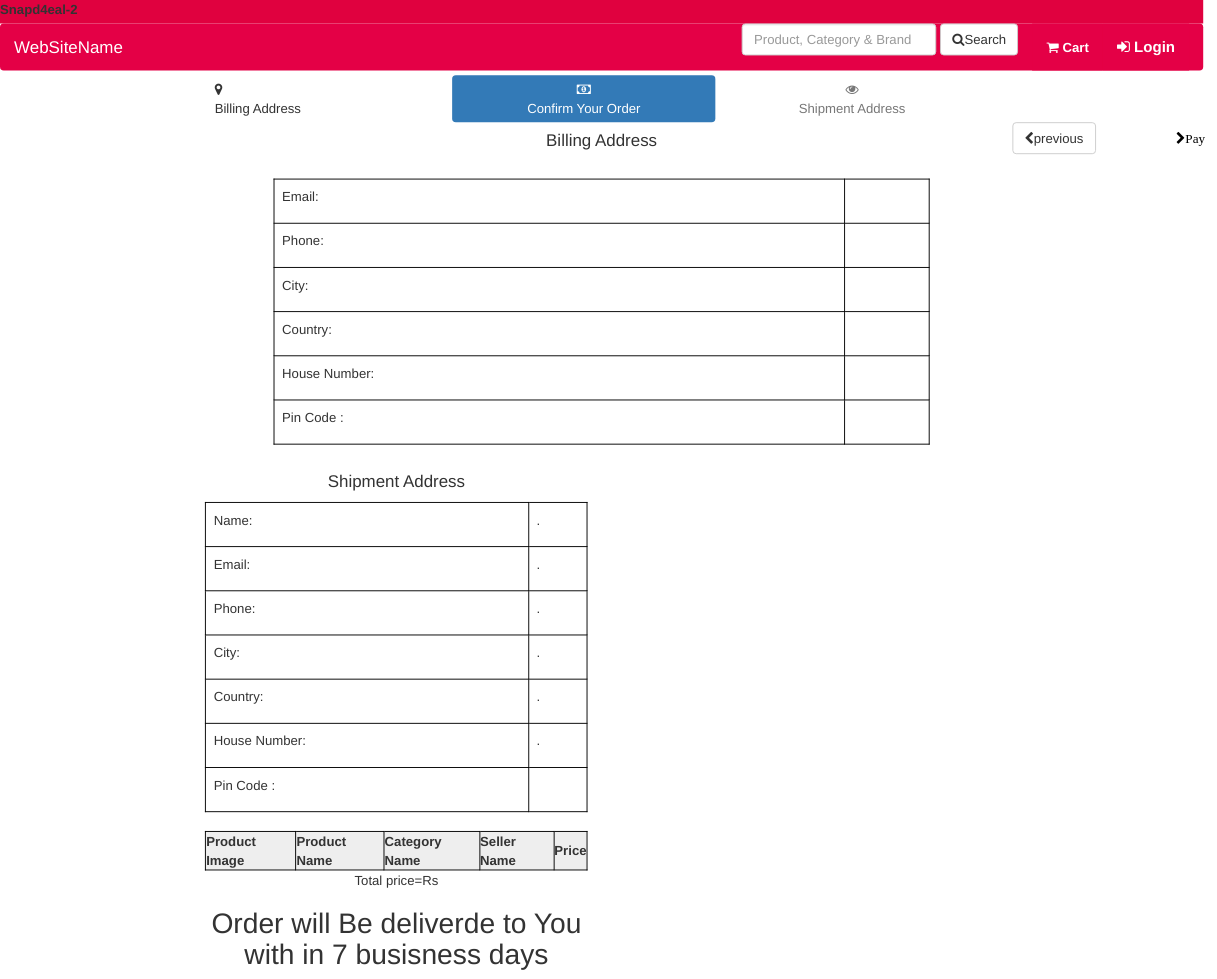
Repository: Aryans26/project
Page: http://localhost/frontend/WEB-INF/views/orderconfirm.jsp
The author's editor kept a copy of each file at every save. The page is drawn from the files as they stood at one save, then again after the next save.
The browser window is 1280 px wide. The page is 1295 px wide, so the pictures cover 1295 px, including what lies to the right of the window. The pictures show the whole page, at 94% of full size.
Some web libraries are served in a nearby version. The page is served by Tomcat 9. Nobody is signed in. Other server files are loaded and not shown. The template is opened directly, without the code that normally fills it, so the values that code supplies are empty.

Above is the page before, as saved 2017-06-21 07:27:25.

### frontend/src/main/webapp/WEB-INF/views/orderconfirm.jsp
<%@ taglib prefix="c" uri="http://www.springframework.org/tags"%>
<%@ taglib prefix="form" uri="http://www.springframework.org/tags/form"%>
<!doctype html>
<html>
<head>
<c:url value="/resource" var="res" />

<!-- <link rel="stylesheet" ref="https://maxcdn.bootstrapcdn.com/bootstrap/3.3.7/css/bootstrap.min.css"> -->
<script
	src="https://ajax.googleapis.com/ajax/libs/jquery/3.2.1/jquery.min.js"></script>
<script
	src="https://maxcdn.bootstrapcdn.com/bootstrap/3.3.7/js/bootstrap.min.js"></script>
<link rel="stylesheet" href="${res}/css/bootstrap.min.css" />
<link rel="stylesheet" href="${res}/css/style.css" />
<link rel="stylesheet" href="${res}/css/font-awesome/css/font-awesome.min.css" />

</head>
<body>
	<%@include file="navbar.jsp"%>

<div class="Container">
<div class="row col-md-10 col-lg-8 col-lg-offset-2">
       <form method="post" action="shop-checkout4.html">
                                <ul class="nav nav-pills nav-justified">
                                    <li class="disabled"><a href="<c:url value="/previous"/>"></a><i class="fa fa-map-marker"></i><br>Billing Address</a></li>
                                    <li class="active"><a href="<c:url value="/pay"/>"><i class="fa fa-money"></i><br>Confirm Your Order</a></li>
                                    <li class="disabled"><a href="<c:url value="/orderconfirmation"/>"><i class="fa fa-eye"></i><br>Shipment Address</a></li>
                                </ul>
</form>
</div>
</div>



            <div class="row">
            <div class="span15">

                <div class="col-lg-8 col-lg-offset-2">
<center>
                <div class="row">
                    <div class="col-md-1"></div>
                    <div class="col-md-10 clearfix" id="checkout">

<!--                         <div class="box"> -->

<!--                                 <div class="container"> -->
<!--                                    <div class="row"> -->

<!--                                             <div class="box payment-method"> -->
											<center>
                                                <h4>Billing Address</h4>
                                                <table class="table" style="border: 1px solid black; border-collapse: collapse;">

		                                     <tr style="border: 1px solid black; border-collapse: collapse;"><td style="border: 1px solid black; border-collapse: collapse;">   <p>Email: </p></td>
		                                     <td style="border: 1px solid black; border-collapse: collapse;">   <p>${billing.getEmail() } </p></td></tr>
                                             <tr style="border: 1px solid black; border-collapse: collapse;padding: 15px">  <td style="border: 1px solid black; border-collapse: collapse;"> <p>Phone: </p></td>
                                             <td style="border: 1px solid black; border-collapse: collapse;"> <p>${billing.getPhone()} </p></td></tr>
                                              <tr style="border: 1px solid black; border-collapse: collapse;"> <td style="border: 1px solid black; border-collapse: collapse;"> <p>City: </p></td>
                                              <td style="border: 1px solid black; border-collapse: collapse;"> <p>${billing.getCity()} </p></td></tr>
                                                <tr style="border: 1px solid black; border-collapse: collapse;"><td style="border: 1px solid black; border-collapse: collapse;"><p>Country: </p></td>
                                                <td style="border: 1px solid black; border-collapse: collapse;"><p>${billing.getCountry()} </p></td></tr>
                                               <tr style="border: 1px solid black; border-collapse: collapse;"><td style="border: 1px solid black; border-collapse: collapse;"> <p>House Number: </p></td>
                                               <td style="border: 1px solid black; border-collapse: collapse;"> <p>${billing.getHouse_no()} </p></td></tr>
                                                <tr style="border: 1px solid black; border-collapse: collapse;"><td style="border: 1px solid black; border-collapse: collapse;"><p>Pin Code :</p></td>
                                                <td style="border: 1px solid black; border-collapse: collapse;"><p>${billing.getPincode()}</p></td></tr>
                                                 <br></center>
                                           </table>
                                        </div>
                                        <div class="col-sm-6">
<!--                                             <div class="box payment-method"> -->
											<center>
                                                <h4>Shipment Address</h4>
                                               <table class="table" style="border: 1px solid black; border-collapse: collapse;">
                                               <tr style="border: 1px solid black; border-collapse: collapse;"><td style="border: 1px solid black; border-collapse: collapse;">Name:</td> <td style="border: 1px solid black; border-collapse: collapse;"><p>${shippingAddress.getShip_name()}  .</p></td></tr>
                                                <tr style="border: 1px solid black; border-collapse: collapse;"><td style="border: 1px solid black; border-collapse: collapse;"><p>Email:</td><td style="border: 1px solid black; border-collapse: collapse;">${shippingAddress.getShip_email()} .</p></td></tr>
                                               <tr style="border: 1px solid black; border-collapse: collapse;"><td style="border: 1px solid black; border-collapse: collapse;"> <p>Phone:</td><td style="border: 1px solid black; border-collapse: collapse;">${shippingAddress.getShip_mono()} .</p></td></tr>
                                                <tr style="border: 1px solid black; border-collapse: collapse;"><td style="border: 1px solid black; border-collapse: collapse;"><p>City:</td><td style="border: 1px solid black; border-collapse: collapse;">${shippingAddress.getShip_city()} .</p></td></tr>
                                               <tr style="border: 1px solid black; border-collapse: collapse;"><td style="border: 1px solid black; border-collapse: collapse;"> <p>Country:</td><td style="border: 1px solid black; border-collapse: collapse;">${shippingAddress.getShip_country()} .</p></td></tr>
                                               <tr style="border: 1px solid black; border-collapse: collapse;"><td style="border: 1px solid black; border-collapse: collapse;"> <p>House Number:</td><td style="border: 1px solid black; border-collapse: collapse;">${shippingAddress.getShip_houseno()} .</p></td></tr>
                                                <tr style="border: 1px solid black; border-collapse: collapse;"><td style="border: 1px solid black; border-collapse: collapse;"><p>Pin Code :</td><td style="border: 1px solid black; border-collapse: collapse;">${shippingAddress.getShip_pincode()}</p></td></tr>


                                            </div>
                                        </div>
</center>

                                        </div>
                                    </div>

                                    <!-- /.row -->
									<div class="content">
									<div class="row">
									<div class="col-lg-8 col-lg-offset-2">
									<table style="border: 1px solid black" >
    <thead style="border: 1px solid black">
      <tr style="background-color: #eee">
      <th style="border: 1px solid black">Product Image</th>
        <th style="border: 1px solid black">Product Name</th>
<!--         <th>Description</th> -->
        <th style="border: 1px solid black">Category Name</th>
        <th style="border: 1px solid black">Seller Name</th>
        <th style="border: 1px solid black">Price</th>
      </tr>
    </thead>
    <tbody>

    <c1:if test="${prot!=null}">
      <tr>
        <td style="border: 1px solid black"><img src="<c:url value='/resource/images/${prot.getP_id()}.jpg'/>" width=150px height=200px></td>
        <td style="border: 1px solid black">${prot.getP_Name()}</td>
<%--         <td>${product.getDes()}</td> --%>
        <td style="border: 1px solid black">${prot.getCategory().getCat_name()}</td>
        <td style="border: 1px solid black">${prot.getSeller().getName()}</td>
        <td style="border: 1px solid black">${prot.getPrice()}</td>
      </tr>
      </c1:if>
    <c1:if test="${prot==null}">
     <c1:forEach items="${cartItems}" var="c1">
      <tr>
        <td style="border: 1px solid black"><img src=""></td>
        <td style="border: 1px solid black">${c1.getProduct().getP_Name()}</td>
<%--         <td>${c1.getproduct.getDes()}</td> --%>
        <td style="border: 1px solid black">${c1.getProduct().getCategory().getCat_name()}</td>
        <td style="border: 1px solid black">${c1.getProduct().getSeller().getName()}</td>
        <td style="border: 1px solid black">${c1.getProduct().getPrice()}</td>
      </tr>
      </c1:forEach>
      </c1:if>


  </tbody>
 </table>
     <p calss="pull-left">Total price=Rs${prot.getPrice()}</p>
			<h2> Order will Be deliverde to You with in 7 busisness days</h2>
			</div>
									</div>
									</div>
                                <div class="box-footer">
                                         <div class="pull-left">
                                        <a href="<c:url value="/previous"/>" class="btn btn-default"><i class="fa fa-chevron-left"></i>previous</a>
                                        </div>
                                         <div class="pull-right">
                                        <a href="<c:url value="/pay"/>"  class="btn btn-template-main"><i class="fa fa-chevron-right">Pay</i></a>
                                        </button>
                                        </div>
                                     </div>
                                </div>
                                <!-- /.content -->



    </div>





</body>

</html>

### frontend/src/main/webapp/WEB-INF/views/navbar.jsp
<%@ taglib prefix="c" uri="http://www.springframework.org/tags"%>
<%@ taglib prefix="form" uri="http://www.springframework.org/tags/form"%>
<%@ taglib prefix="security" uri="http://www.springframework.org/security/tags" %>
<%@ taglib prefix="c1" uri="http://java.sun.com/jsp/jstl/core"%>
<!DOCTYPE html >
<html>
<head>
<meta http-equiv="Content-Type" content="text/html; charset=ISO-8859-1">
<title>Insert title here</title>
</head>
<body>
	<div class="headder">
		<b>Snapd4eal-2</b>
	</div>

	<nav class="navbar navbar-default" style="color: white;">
		<div class="container-fluid">
			<div class="navbar-header">
				<button type="button" class="navbar-toggle" data-toggle="collapse" data-target="#myNavbar">
					<span class="icon-bar"></span> <span class="icon-bar"></span>
					<span class="icon-bar"></span>
				</button>
				<a class="navbar-brand" href="<c:url value="/"/>"
					style="color: white;">WebSiteName</a>
				<form class="navbar-form navbar-right visible-sm visible-xs">
					<div class="form-group">
						<input type="text" class="form-control"
							placeholder="Product, Category & Brand">
					</div>
					<button type="submit" class="btn btn-default">
						<i class="fa fa-search"></i>Search
					</button>

				</form>
			</div>
			<div class="collapse navbar-collapse" id="myNavbar">
			<c1:if test="${pageContext.request.userPrincipal.name!=null}">
			<security:authorize access="hasRole('ROLE_ADMIN')">
				<ul class="nav navbar-nav">
					<li style="color: white;"><a
						href="<c:url value="/category"/>">Add Category</a></li>
					<li style="color: white;"><a
						href="<c:url value="/addproduct"/>">Add Product</a></li>
					<li style="color: white;"><a
						href="<c:url value="/supplier"/>">Add Supplier</a></li>
<!-- 					<li style="color: white;"><a -->
<%-- 						href="<c:url value="/addcard"/>">Add Card</a></li> --%>

				</ul>
				</security:authorize>
				</c1:if>
				<ul class="nav navbar-nav navbar-right">
					<li><a href="<c:url value="/viewcart"/>"><i class="fa fa-shopping-cart"></i>
							Cart</a></li>

					<li class="dropdown"><a href="#" class="dropbtn"><span
							class="fa fa-sign-in"></span>
							<c1:if test="${pageContext.request.userPrincipal.name==null}"> Login </c1:if>
							 <c1:if test="${pageContext.request.userPrincipal.name!=null}">  Logout</c1:if></a>

						<div class="dropdown-content">
							<a href="#">your account</a>
							<a href="#">your orders</a>
							<c1:if test="${pageContext.request.userPrincipal.name==null}">

							<a href="<c:url value="/users"/>" class="hvr-reg-bordertop" > new user ?<br>
							<b>register</b></a>
<%-- <a href="<c:url value="/login"/>"><button type="button" class="btn btn-danger" style="width: 90%; margin: 10px;">Login</button></a> --%>
							<button type="button" class="btn btn-danger" data-toggle="modal"
								data-target="#myModal" style="width: 90%; margin: 10px;">Login</button>
								</c1:if>

								<c1:if test="${pageContext.request.userPrincipal.name!=null}">
					<a href="<c:url value="/j_spring_security_logout"/>"><button type="button" class="btn btn-danger" >Logout</button></a>
								</c1:if>
						</div></li>

				</ul>
				<form class="navbar-form navbar-right hidden-sm hidden-xs">
					<div class="form-group">
						<input type="text" class="form-control"
							placeholder="Product, Category & Brand">
					</div>
					<button type="submit" class="btn btn-default">
						<i class="fa fa-search"></i>Search
					</button>

				</form>

			</div>
		</div>
	</nav>


	<!-- Modal -->
	<div class="modal fade" id="myModal" role="dialog">
		<div class="modal-dialog modal-lg">
			<div class="modal-content">
				<div class="modal-header">
					<button type="button" class="close" data-dismiss="modal">&times;</button>
					<h4 class="modal-title">Login</h4>
				</div>
				<div class="modal-body">
				<c1:url value="/j_spring_security_check" var="a"/>
					<form role="form" method="post" action="${a} ">
						<div class="form-group">
				<label for="email">Email address:</label>
				<input type="email" class="form-control" id="email" name="j_username" placeholder="Email Id">
						</div>
						<div class="form-group">
				<label for="pwd">Password:</label>
				 <input type="password" class="form-control" id="pwd" name="j_password" placeholder="Password">
						</div>
						<div class="checkbox">
							<label><input type="checkbox"> Remember me</label>
						</div>
						<a class="cursor" data-dismiss="modal" data-toggle="modal"
							data-target="#myModal1">new User ? <b>register</b></a>
						<button type="submit" class="btn btn-success">Submit</button>
					</form>
				</div>
				<div class="modal-footer">
					<button type="button" class="btn btn-default" data-dismiss="modal">Close</button>
				</div>
			</div>
		</div>
	</div>

</body>
</html>

### frontend/src/main/webapp/resource/css/style.css
@charset "utf-8";
/* CSS Document */
.headder {
	min-height: 25px;
	background-color: #E0013F;
}

.navbar-default, .navbar-default li {
	background-color: #e40046;
	color: white;
}

.navbar-default li a {
	color: #FFF;
	font-weight: bold;
}

.navbar-nav li:hover, .navbar-nav li:focus, .navbar-nav li:active {
	background-color: #333;
}

.navbar-nav dropdown:hover {
	background-color: #333;
}

.dropbtn {
	color: white;
	padding: 16px;
	font-size: 16px;
	border: none;
	cursor: pointer;
}

.
.dropdown:hover {
	background-color: #333;
	color: white;
	padding: 16px;
	font-size: 16px;
	border: none;
	cursor: pointer;
}

.dropdown {
	position: relative;
	display: inline-block;
}

.dropdown-content {
	display: none;
	position: absolute;
	background-color: #333;
	min-width: 160px;
	right: 5px;
	box-shadow: 0px 8px 16px 0px rgba(0, 0, 0, 0.2);
	z-index: 1;
}

.dropdown-content a {
	color: black;
	font-size: 14px !important;
	font-weight: normal !important;
	text-align: center;
	padding: 12px 16px;
	text-decoration: none;
	display: block;
}

.dropdown-content a:hover {
	background-color: #000;
}

.dropdown:hover .dropdown-content {
	display: block;
}

.dropdown:hover .dropbtn {
	background-color: #333;
}

.dropdown-content .hvr-reg-bordertop {
	border-top: 1px solid #999;
	padding-top: 20px;
	margin-bottom: 0;
	padding-bottom: 0;
}

.cursor {
	cursor: pointer;
}

.form-fill{
	max-width:500px;
	box-shadow:2px 2px 8px  grey;
	padding:30px 20px;
	margin:10px auto;
	border-radius:10px;
}

.form-list-table{
	border:2px solid grey;
	box-shadow:4px 4px 8px grey;
	border-radius:10px;
}
.head3{
	color:#e40046;
	font-weight:bold;
	text-align:center;
	text-shadow:2px 2px 4px grey;
}

.items-list-head > div{
	Color:red;
	text-align:center;
	font-weight:bolder;
	font-size:20px;
}
.items-list > div{
	border-top:1px solid grey;
	line-height:40px;
	text-align:center;
	font-weight:bold;
}

.box-shadow{
	border-radius:10px;
	box-shadow:2px 2px 8px grey;
}

.list-head{
	font-size:16px;
	font-weight:bold;
	text-shadow:1px 1px 1px grey;
}

Loaded but not shown: frontend/src/main/webapp/resource/css/bootstrap.min.css (library); frontend/src/main/webapp/resource/css/font-awesome/css/font-awesome.min.css (library)

After the next save:
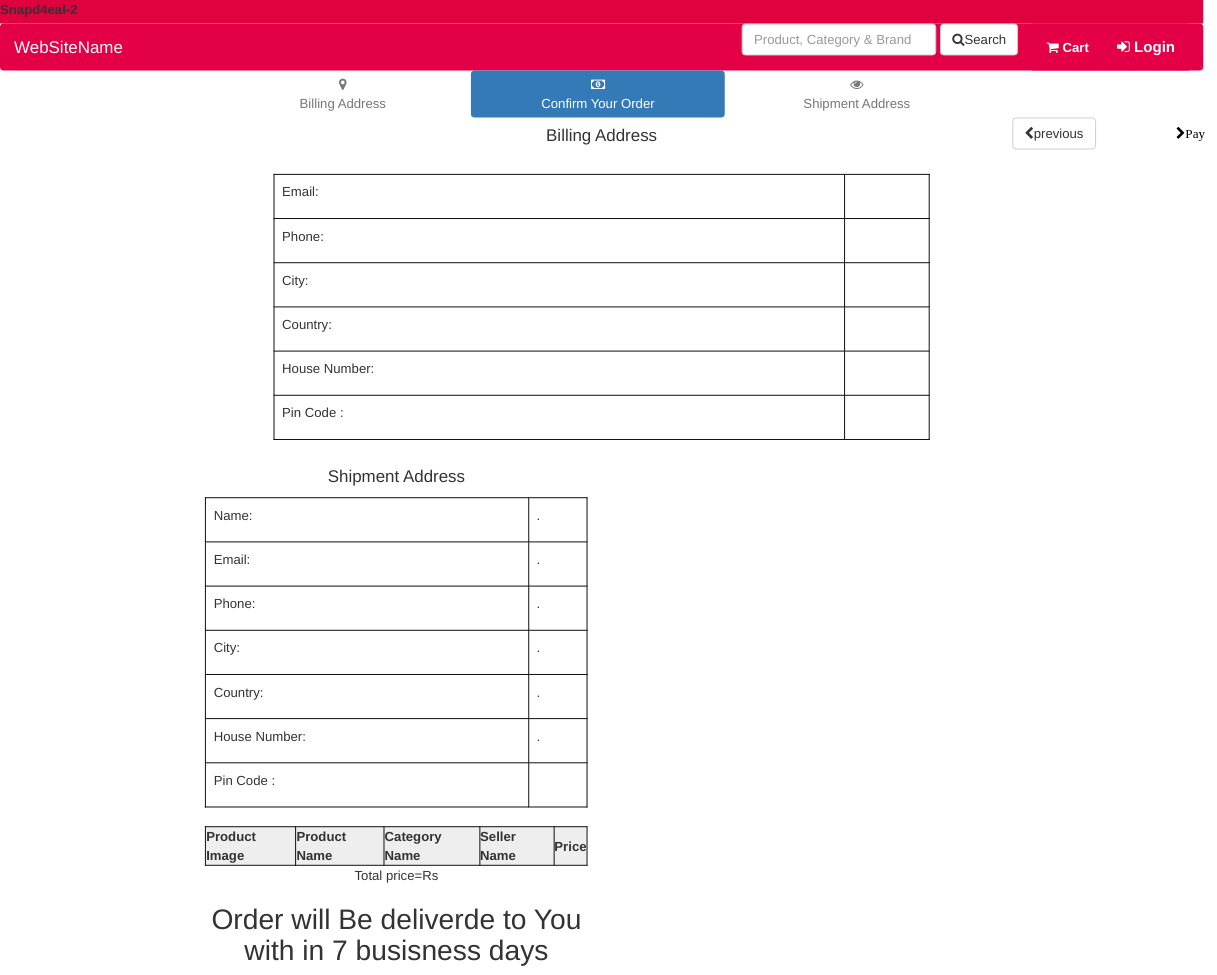
Saved 82 s later.
--- a/frontend/src/main/webapp/WEB-INF/views/orderconfirm.jsp
+++ b/frontend/src/main/webapp/WEB-INF/views/orderconfirm.jsp
@@ -22,7 +22,7 @@
 <div class="row col-md-10 col-lg-8 col-lg-offset-2">
        <form method="post" action="shop-checkout4.html">
                                 <ul class="nav nav-pills nav-justified">
-                                    <li class="disabled"><a href="<c:url value="/previous"/>"></a><i class="fa fa-map-marker"></i><br>Billing Address</a></li>
+                                    <li class="disabled"><a href="<c:url value="/previous"/>"><i class="fa fa-map-marker"></i><br>Billing Address</a></li>
                                     <li class="active"><a href="<c:url value="/pay"/>"><i class="fa fa-money"></i><br>Confirm Your Order</a></li>
                                     <li class="disabled"><a href="<c:url value="/orderconfirmation"/>"><i class="fa fa-eye"></i><br>Shipment Address</a></li>
                                 </ul>
